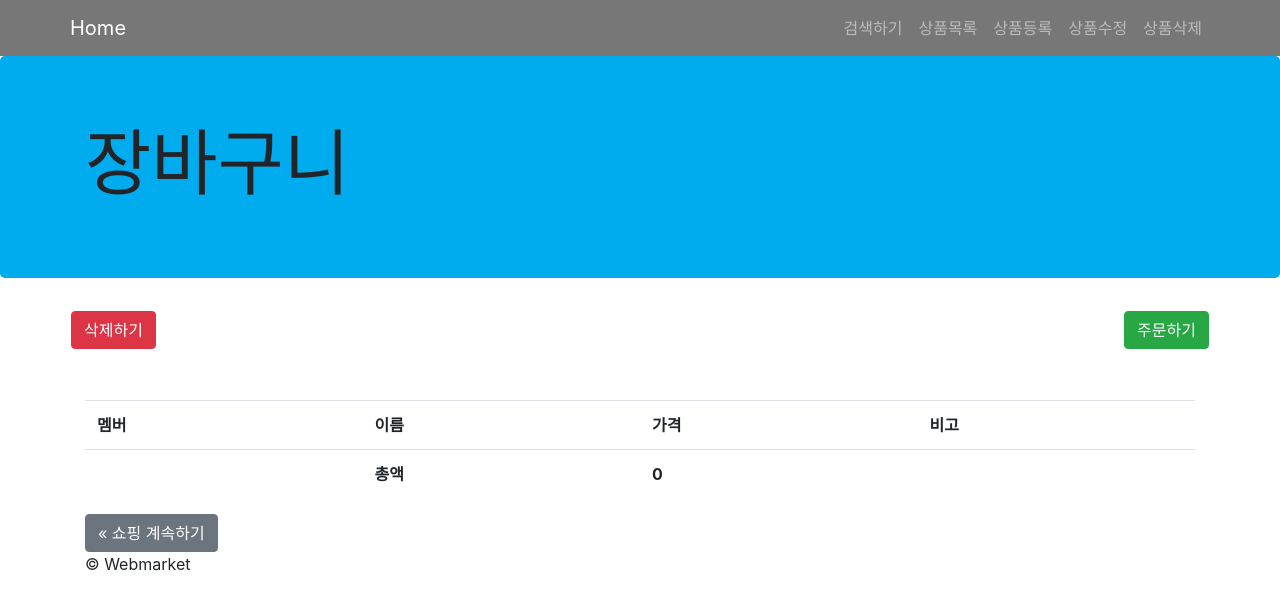
Repository: akwls/PokaPoki
Page: http://localhost/PokaPoki/cart.jsp?cartId=EF996E827E2607D6E30902A9512F215C
An editor plug-in stored every save of this project. The page is shown before and after the next save, followed by the edit.
The browser window is 1280 px wide. The pictures show the whole page.
The page is served by Tomcat 9.

Above is the page before, as saved 2021-12-05 11:52:49.

After the next save:
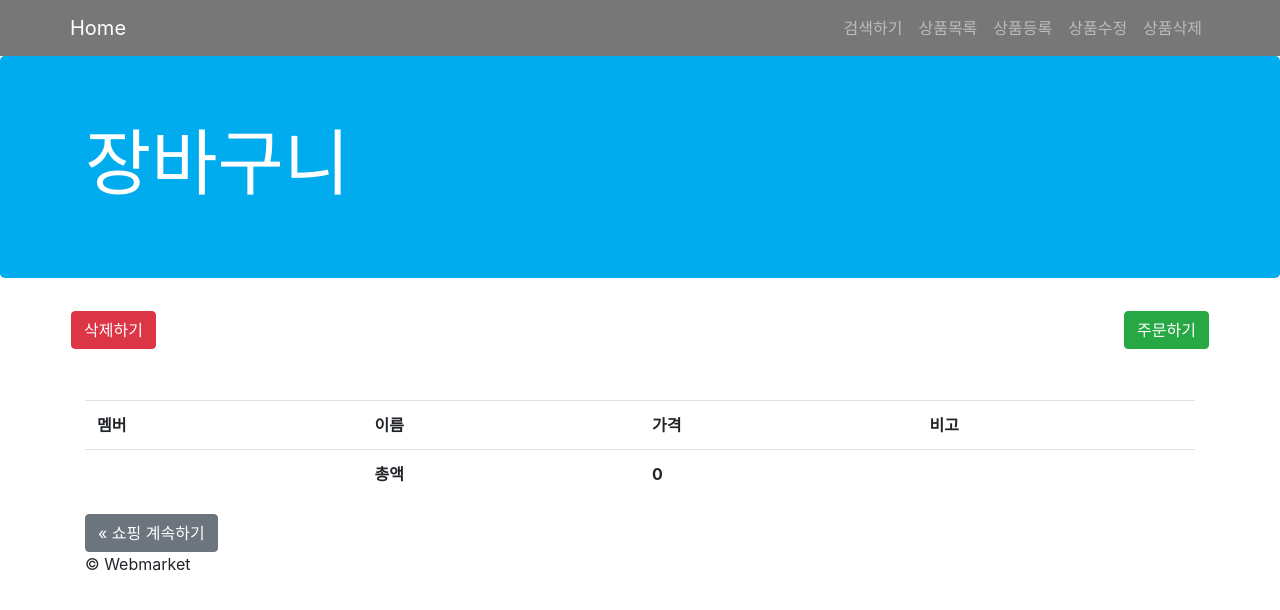
Saved 49 s later.
--- a/PokaPoki/WebContent/cart.jsp
+++ b/PokaPoki/WebContent/cart.jsp
@@ -17,7 +17,7 @@
 	<jsp:include page="menu.jsp" />
 	<div class="jumbotron" style="background-color: #00acee;">
 		<div class="container">
-			<h1 class="display-3">장바구니</h1>
+			<h1 class="display-3" style="color: #ffffff;">장바구니</h1>
 		</div>
 	</div>
 	<div class="container">
